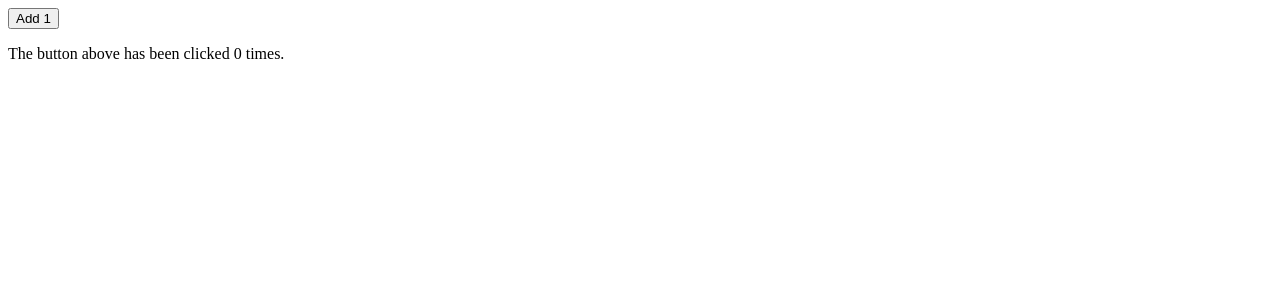
Repository: MeghaNagari/PracticeAtVMC
Page: Practice/VuePractice/WebContent/EventHandling.html
An editor plug-in stored every save of this project. The page is shown before and after the next save, followed by the edit.
The browser window is 1280 px wide. The pictures show the whole page.
Some web libraries are served in a nearby version.

Above is the page before, as saved 2018-03-20 05:59:51.

After the next save:
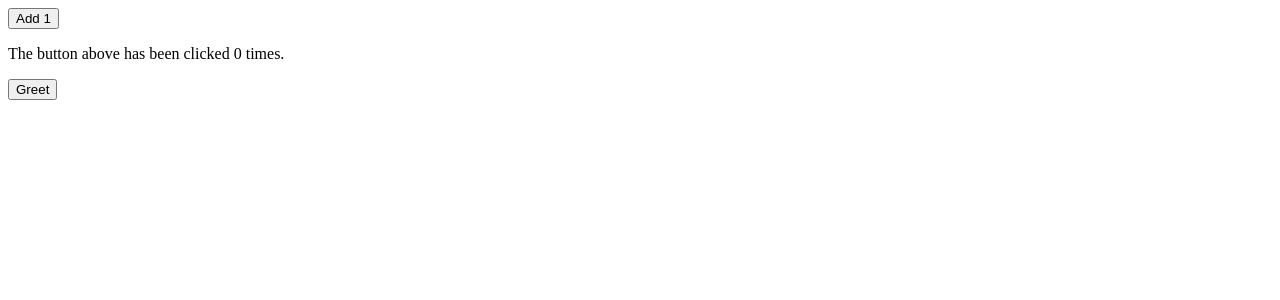
Saved 105 s later.
--- a/Practice/VuePractice/WebContent/EventHandling.html
+++ b/Practice/VuePractice/WebContent/EventHandling.html
@@ -7,23 +7,51 @@
 
 </head>
 <body>
-<div id="test1">
-  <button v-on:click="counter += 1">Add 1</button>
-  <p>The button above has been clicked {{ counter }} times.</p>
-</div>
+	<div id="test1">
+		<button v-on:click="counter += 1">Add 1</button>
+		<p>The button above has been clicked {{ counter }} times.</p>
+	</div>
+
+	<div id="test2">
+
+
+		<!-- `greet` is the name of a method defined below -->
+		<button v-on:click="greet">Greet</button>
+	</div>
+
+
 </body>
+
+<script>
+	var example1 = new Vue({
+		el : '#test1',
+		data : {
+			counter : 0
+		}
+	})
+</script>
+
 
 <script>
 
 
-
-var example1 = new Vue({
-	  el: '#test1',
+var example2 = new Vue({
+	  el: '#test2',
 	  data: {
-	    counter: 0
+	    name: 'Vue.js'
+	  },
+	  // define methods under the `methods` object
+	  methods: {
+	    greet: function (event) {
+	      // `this` inside methods points to the Vue instance
+	      alert('Hello ' + this.name + '!')
+	      // `event` is the native DOM event
+	      if (event) {
+	        alert(event.target.tagName)
+	      }
+	    }
 	  }
 	})
-
 
 
 
